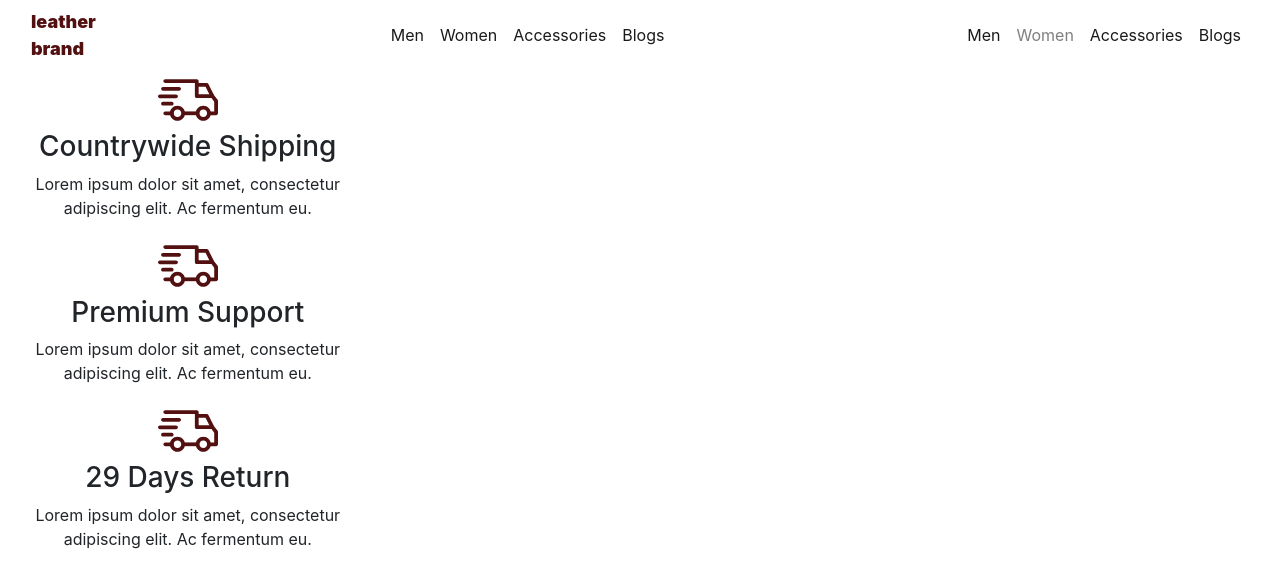
Repository: arif286/fashion-house
Page: /
These files come from the project's save history. The page is drawn as it stood at one moment and after the next save; the edit follows.
The browser window is 1280 px wide. The pictures show the whole page.
The project was rebuilt for these pictures with package versions that can differ from the ones it lists, and the page was loaded fresh each time. The framework's server and built-in components were replaced by stand-ins that run in the browser. Also part of the build but not shown: nuxt.config.js, components/Contact.vue, components/DisplayCollection.vue, components/Footer.vue, components/NewCollection.vue, components/NuxtLogo.vue, components/Products.vue, components/Tutorial.vue.

Above is the page before, as saved 2021-07-11 20:37:59.

### components/Nav.vue
<template>
  <nav class="navbar container navbar-expand-lg navbar-light">
    <div class="container-fluid">
      <div class="nav-title">
        <span>leather</span>
        <br />
        <span>brand</span>
      </div>
      <button
        class="navbar-toggler"
        type="button"
        data-bs-toggle="collapse"
        data-bs-target="#navbarSupportedContent"
        aria-controls="navbarSupportedContent"
        aria-expanded="false"
        aria-label="Toggle navigation"
      >
        <span class="navbar-toggler-icon"></span>
      </button>
      <div id="navbarSupportedContent" class="collapse navbar-collapse">
        <div class="d-flex justify-content-center w-100">
          <ul class="navbar-nav mb-2 mb-lg-0">
            <li class="nav-item">
              <a class="nav-link active" aria-current="page" href="#">Men</a>
            </li>
            <li class="nav-item">
              <a class="nav-link active" href="#">Women</a>
            </li>
            <li class="nav-item">
              <a class="nav-link active" href="#"> Accessories </a>
            </li>
            <li class="nav-item">
              <a class="nav-link active" href="#">Blogs</a>
            </li>
          </ul>
        </div>
        <div class="ml-auto">
          <ul class="navbar-nav mb-2 mb-lg-0">
            <li class="nav-item">
              <a class="nav-link active" aria-current="page" href="#">Men</a>
            </li>
            <li class="nav-item">
              <a class="nav-link" href="#">Women</a>
            </li>
            <li class="nav-item">
              <a class="nav-link active" href="#"> Accessories </a>
            </li>
            <li class="nav-item">
              <a class="nav-link active" href="#">Blogs</a>
            </li>
          </ul>
        </div>
      </div>
    </div>
  </nav>
</template>

<script></script>
<style scoped>
.nav-title {
  color: #521010;
  font-weight: 900;
  font-size: 18px;
}
.nav-title:hover {
  color: #521010;
  font-weight: bold;
}
.nav-item a {
  color: #000;
}
</style>

### components/Service.vue
<template>
  <div class="container">
    <div class="row">
      <div class="col-10 text-center">
        <div
          v-for="service in services"
          :key="service.id"
          class="col-md-4 col-12"
        >
          <img :src="require(`@/assets/Images/${service.image}`)" alt="" />
          <h3>{{ service.title }}</h3>
          <p>{{ service.text }}</p>
        </div>
      </div>
    </div>
  </div>
</template>

<script>
export default {
  props: {
    services: { type: Array, required: true },
  },
}
</script>
<style></style>

### pages/index.vue
<template>
  <div>
    <Nav />
    <Slider />
    <Service :services="serviceData" />
  </div>
</template>

<script>
import { serviceData } from '@/assets/data.js'
export default {
  data() {
    return {
      serviceData,
    }
  },
}
</script>
<style>
@import url('https://fonts.googleapis.com/css2?family=Roboto:ital,wght@0,100;0,300;0,400;0,500;0,700;0,900;1,100;1,300;1,400;1,500;1,700;1,900&display=swap');

.body {
  font-family: 'Roboto', sans-serif;
}
.container {
  max-width: 1780px;
}
</style>

### assets/data.js
export const serviceData = [
  {
    id: 1,
    image: 'delivery.svg',
    title: 'Countrywide Shipping',
    text: 'Lorem ipsum dolor sit amet, consectetur adipiscing elit. Ac fermentum eu.',
  },
  {
    id: 2,
    image: 'delivery.svg',
    title: 'Premium Support',
    text: 'Lorem ipsum dolor sit amet, consectetur adipiscing elit. Ac fermentum eu.',
  },
  {
    id: 3,
    image: 'delivery.svg',
    title: '29 Days Return',
    text: 'Lorem ipsum dolor sit amet, consectetur adipiscing elit. Ac fermentum eu.'
  }
]

Loaded but not shown: components/Slider.vue (no stored copy; drawn as an empty file)

After the next save:
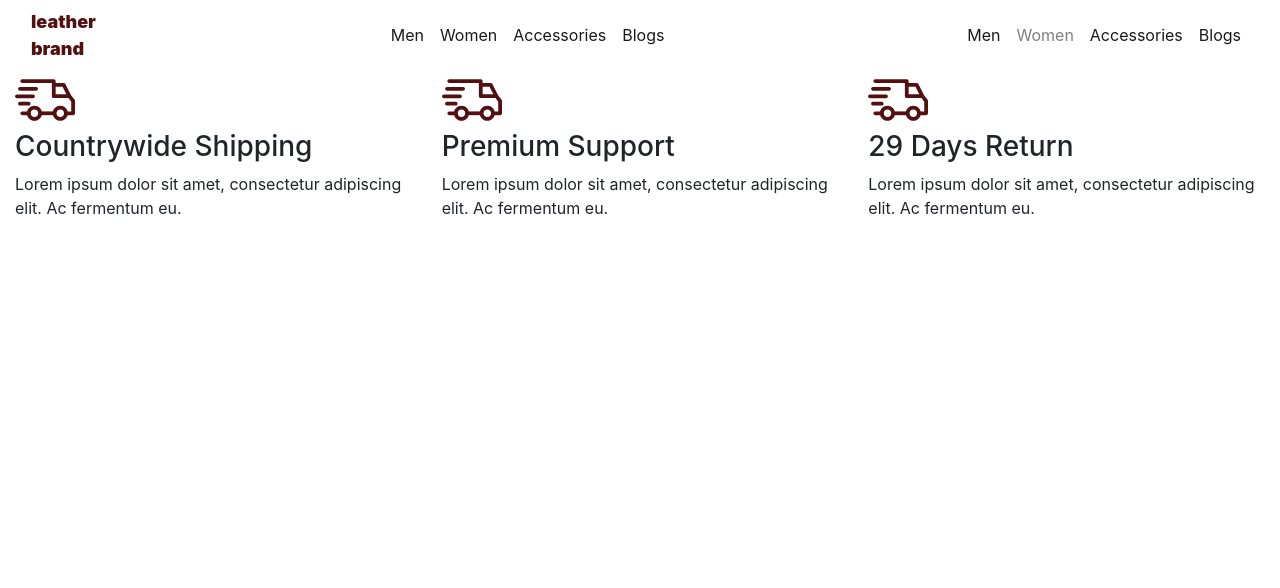
Saved 2 min 4 s later.
--- a/components/Service.vue
+++ b/components/Service.vue
@@ -1,12 +1,12 @@
 <template>
   <div class="container">
     <div class="row">
-      <div class="col-10 text-center">
-        <div
-          v-for="service in services"
-          :key="service.id"
-          class="col-md-4 col-12"
-        >
+      <div
+        v-for="service in services"
+        :key="service.id"
+        class="col-md-4 col-12"
+      >
+        <div>
           <img :src="require(`@/assets/Images/${service.image}`)" alt="" />
           <h3>{{ service.title }}</h3>
           <p>{{ service.text }}</p>
